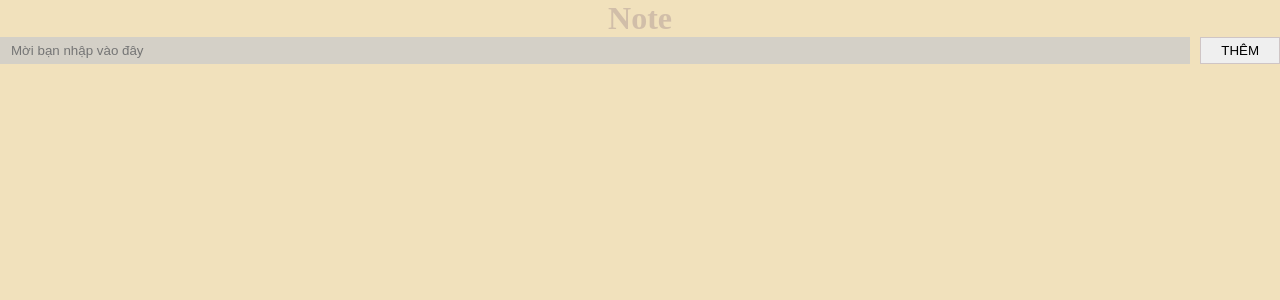
Repository: hoangnam180/Note
Page: index.html
The author's editor kept a copy of each file at every save. The page is drawn from the files as they stood at one save, then again after the next save.
The browser window is 1280 px wide. The pictures show the whole page.

Above is the page before, as saved 2021-12-18 19:37:52.

After the next save:
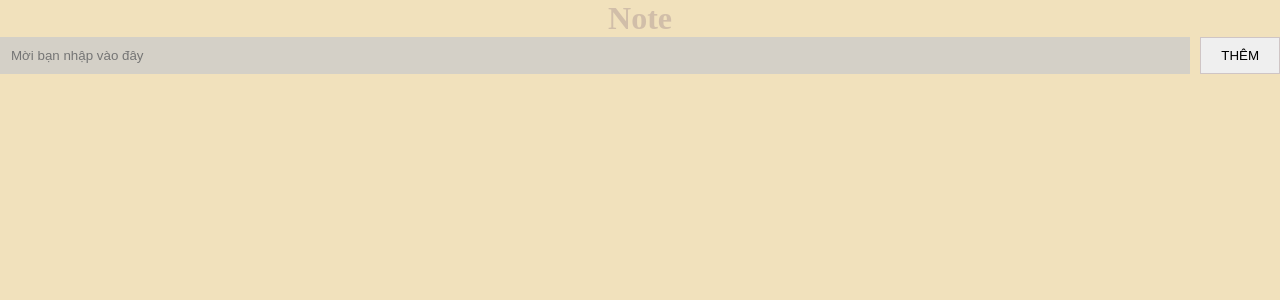
Saved 36 s later.
--- a/index.html
+++ b/index.html
@@ -30,7 +30,7 @@
         flex-wrap: wrap;
     }
     .input input{
-        padding: 5px 10px;
+        padding: 10px 10px;
         background: rgba(204, 204, 204, 0.767);
         outline: none;
         border: 1px solid transparent;
